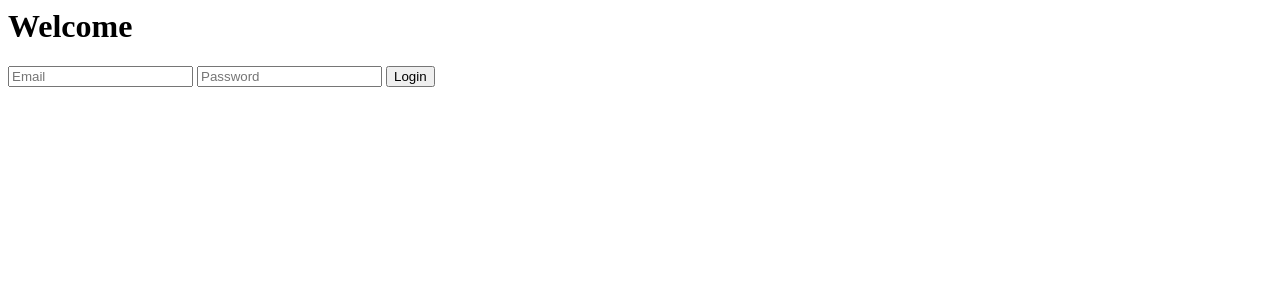
Repository: varshaumeshhs55/ServletProject
Page: LoginRegistrationApp/WebContent/index.html
These files come from the project's save history. The page is drawn as it stood at one moment and after the next save; the edit follows.
The browser window is 1280 px wide. The pictures show the whole page.

Above is the page before, as saved 2019-01-22 07:21:00.

### LoginRegistrationApp/WebContent/index.html
<html>
<head>
<h1>Welcome</h1>
</head>
<body>
	<form action="login" method="post">
		<input type="text" name="email" placeholder="Email"> <input
			type="password" name="password" placeholder="Password"> <input
			type="submit" value="Login">
	</form>
</body>
</html>

After the next save:
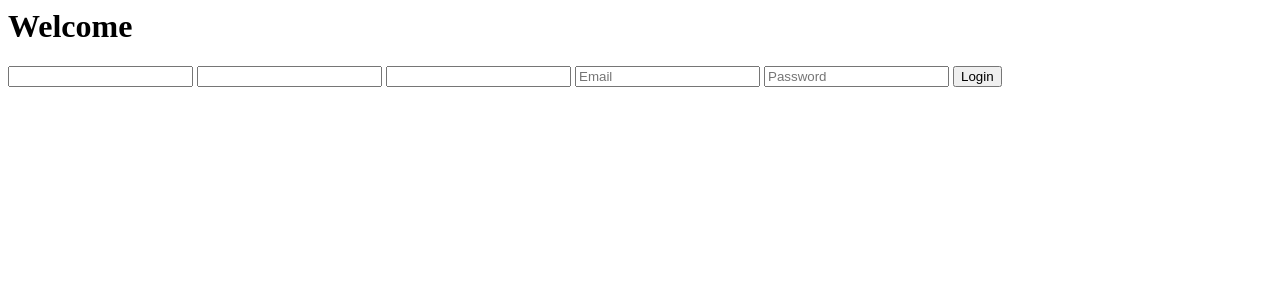
Saved 15 min 58 s later.
--- a/LoginRegistrationApp/WebContent/index.html
+++ b/LoginRegistrationApp/WebContent/index.html
@@ -4,9 +4,12 @@
 </head>
 <body>
 	<form action="login" method="post">
-		<input type="text" name="email" placeholder="Email"> <input
-			type="password" name="password" placeholder="Password"> <input
-			type="submit" value="Login">
+
+		<input type="Full Name" name="name"> <input
+			type="Mobile Number" name="number"> <input type="Full Name"
+			name="name"> <input type="text" name="email"
+			placeholder="Email"> <input type="password" name="password"
+			placeholder="Password"> <input type="submit" value="Login">
 	</form>
 </body>
 </html>
